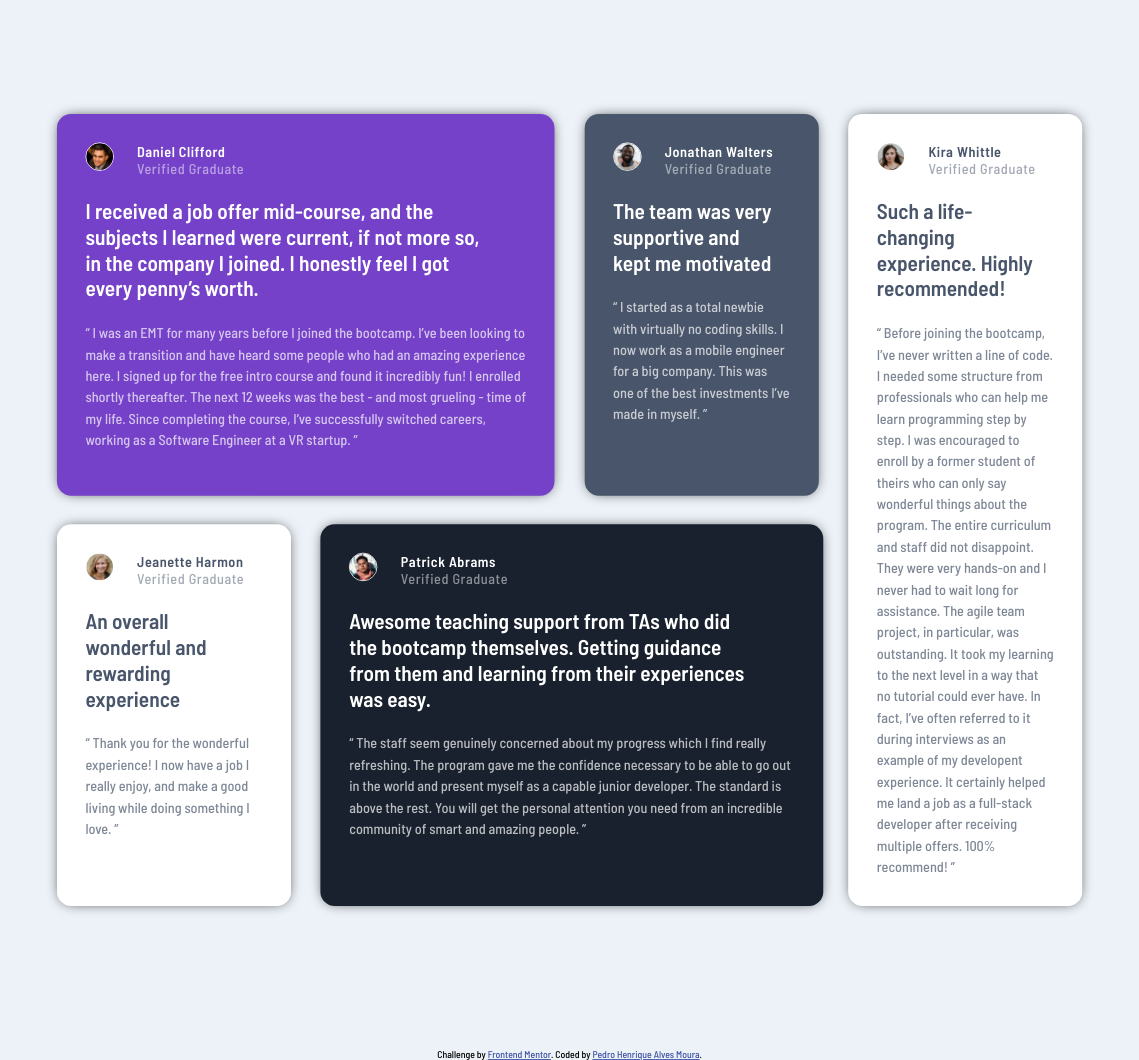
Repository: Pedrohamoura-Git/Frontend-Mentor-Challenges
Page: Junior/testimonials-grid-section-main/index.html
These files come from the project's save history. The page is drawn as it stood at one moment and after a run of saves; the edit follows.
The browser window is 1280 px wide. The pictures show the whole page, at 89% of full size.

Above is the page before, as saved 2021-06-02 10:08:44.

After the next 3 saves:
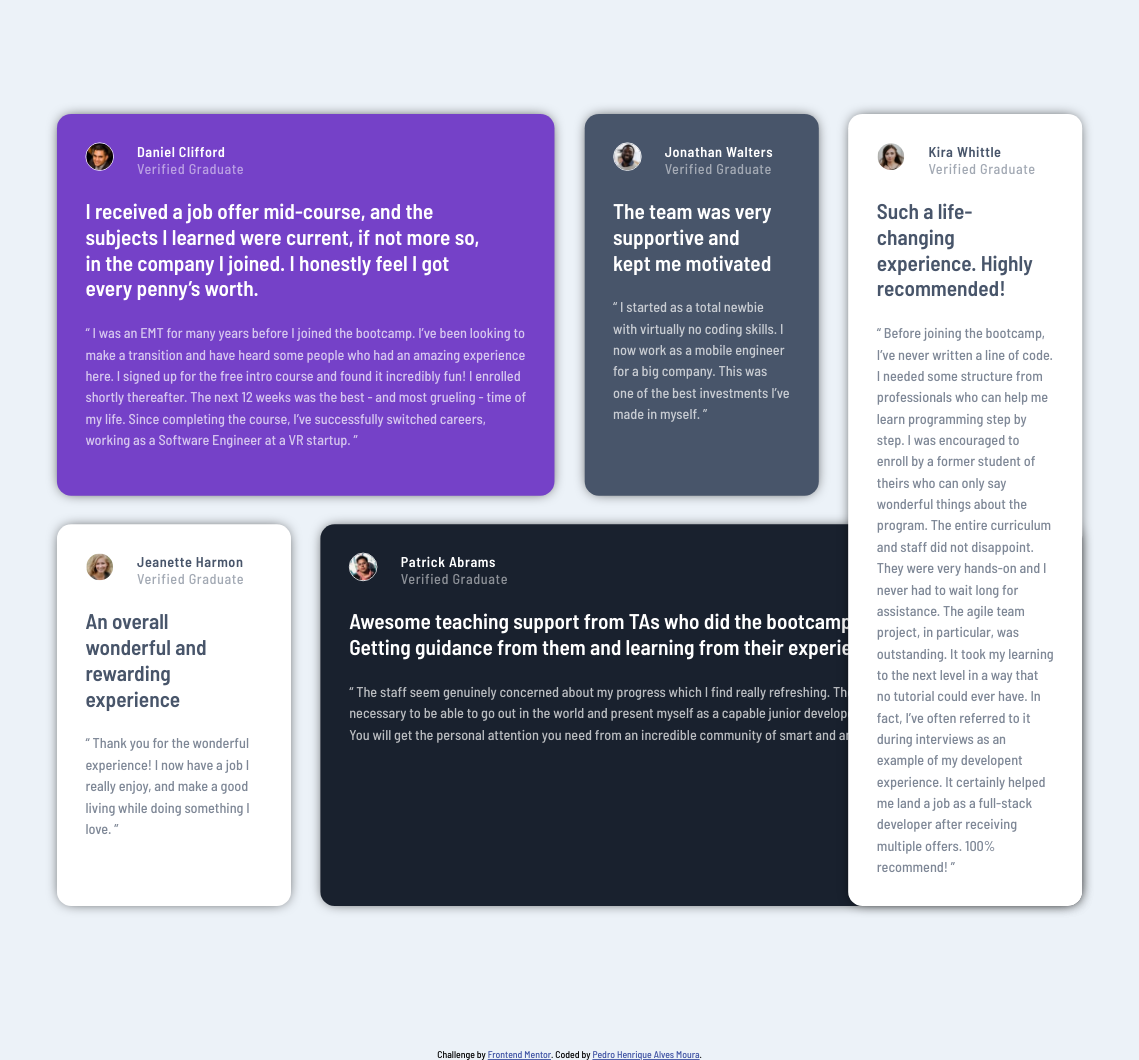
The 3 saves are shown as one change because they came seconds apart.
The last was saved 8 s later.
--- a/Junior/testimonials-grid-section-main/css/style.css
+++ b/Junior/testimonials-grid-section-main/css/style.css
@@ -194,7 +194,7 @@
             #card4 {
                 grid-column: 2 / span 3;
                 grid-row: 2;
-                width: 66%; To avoid a uninten
+                /* width: 66%; To avoid a unintencional span  */
             }
 
 

After the 2 saves that followed:
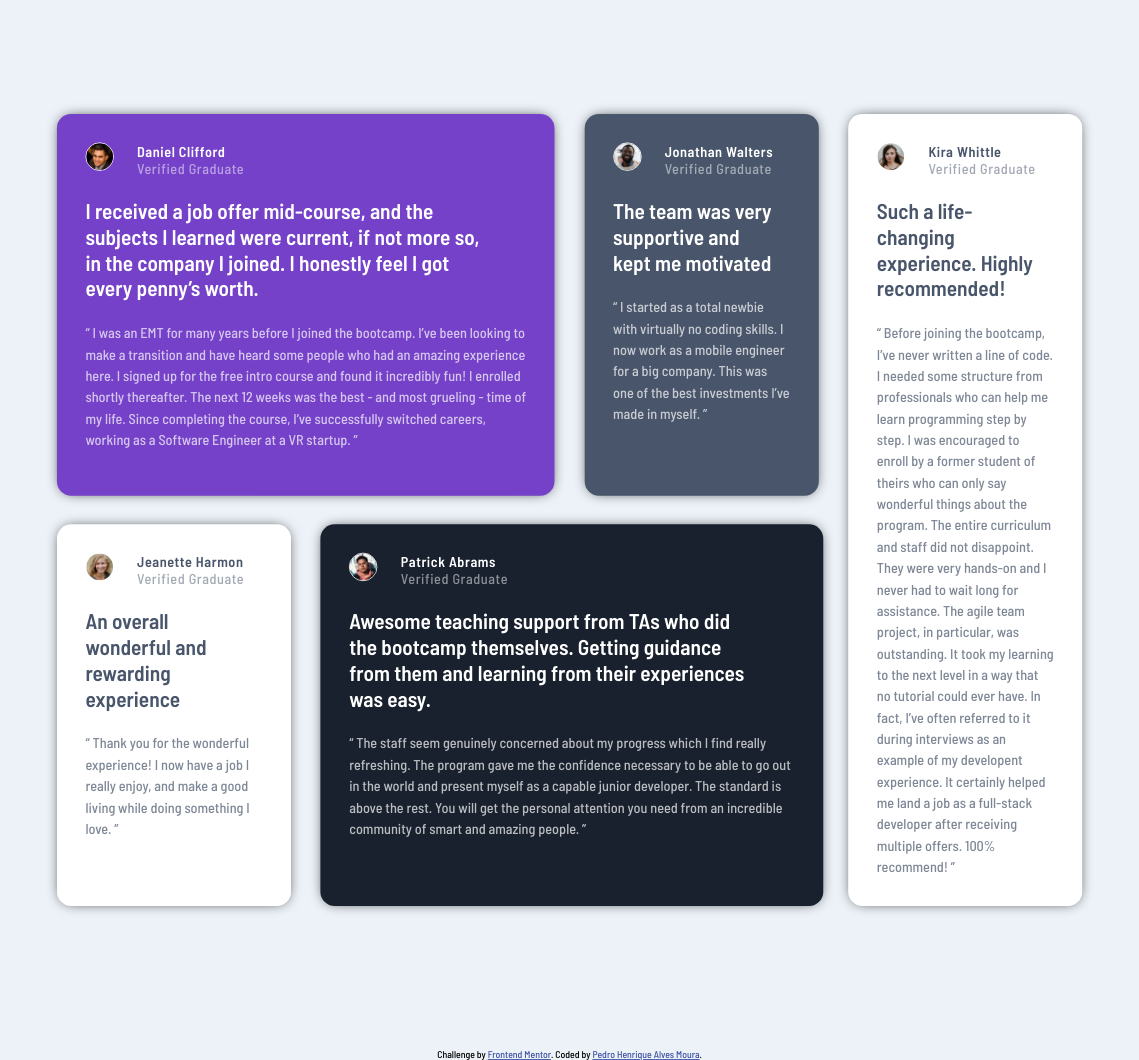
The 2 saves are shown as one change because 1 left the picture as it was.
The last was saved 11 s later.
--- a/Junior/testimonials-grid-section-main/css/style.css
+++ b/Junior/testimonials-grid-section-main/css/style.css
@@ -194,7 +194,7 @@
             #card4 {
                 grid-column: 2 / span 3;
                 grid-row: 2;
-                /* width: 66%; To avoid a unintencional span  */
+                width: 66%; /*  To avoid a unintencional span  */
             }
 
 
